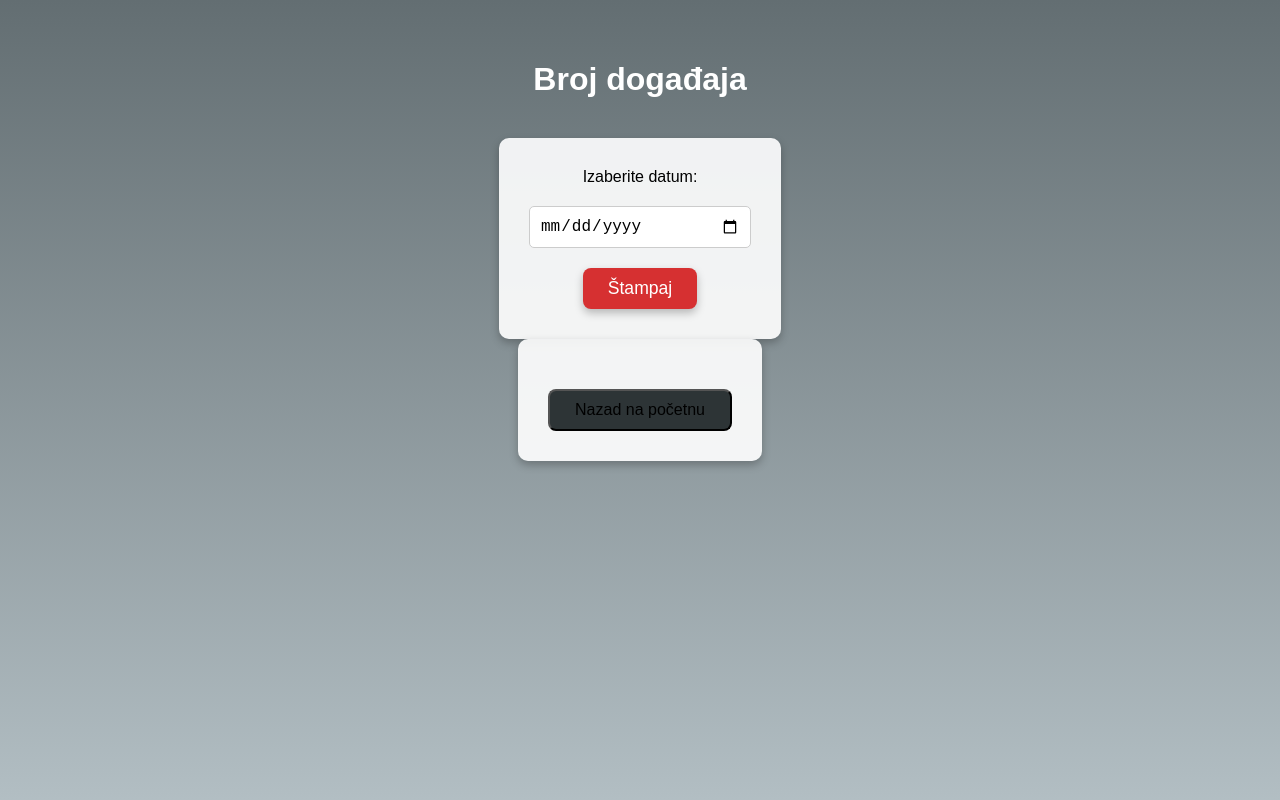
Repository: OggyWeiss/Projekat
Page: http://localhost/DogadjajiWEB/administrator/brojDogadjaja.jsp
These files come from the project's save history. The page is drawn as it stood at one moment and after the next save; the edit follows.
The browser window is 1280 px wide. The pictures show the whole page.
The page is served by Tomcat 10.

Above is the page before, as saved 2025-09-06 10:02:13.

After the next save:
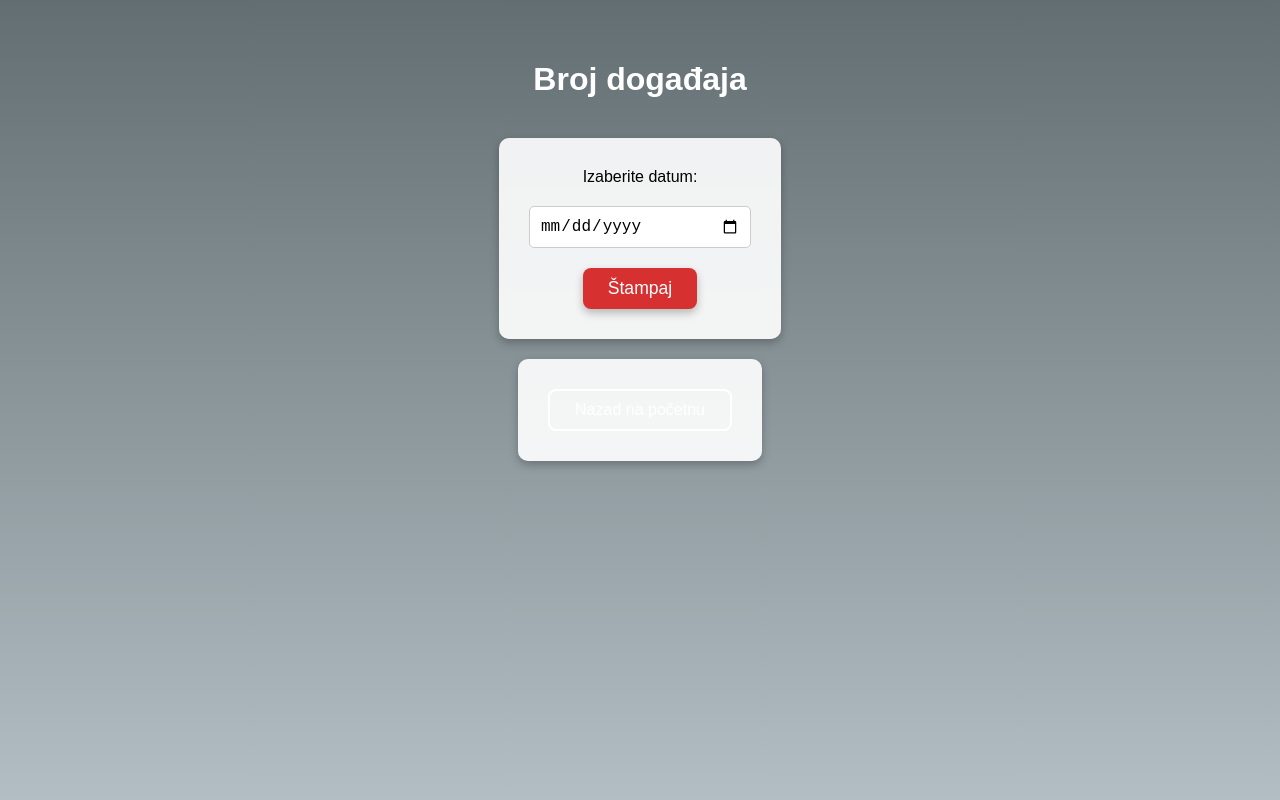
Saved 51 s later.
--- a/DogadjajiWEB/src/main/webapp/administrator/brojDogadjaja.jsp
+++ b/DogadjajiWEB/src/main/webapp/administrator/brojDogadjaja.jsp
@@ -51,15 +51,23 @@
         .btn:hover {
             background-color: #e17055;
         }
+
+        /* Dugme nazad – ne zavisi od forme */
+        .back-btn-container {
+            margin-top: 20px;
+        }
         .back-btn {
-            background-color: #2d3436;
-            margin-top: 20px;
+            background-color: transparent; /* transparentno, prati pozadinu */
+            color: white;
+            border: 2px solid white;
             padding: 10px 25px;
             border-radius: 8px;
             font-size: 1rem;
+            cursor: pointer;
+            transition: all 0.3s ease;
         }
         .back-btn:hover {
-            background-color: #636e72;
+            background-color: rgba(255,255,255,0.2);
         }
     </style>
 </head>
@@ -72,9 +80,11 @@
         <button type="submit" class="btn">Štampaj</button>
     </form>
 
-
-    <form action="/Dogadjaji/administratorController/administratorHome" method="get">
-        <button type="submit" class="back-btn">Nazad na početnu</button>
-    </form>
+    <!-- Dugme Nazad na početnu -->
+    <div class="back-btn-container">
+        <form action="/Dogadjaji/administratorController/administratorHome" method="get">
+            <button type="submit" class="back-btn">Nazad na početnu</button>
+        </form>
+    </div>
 </body>
 </html>
